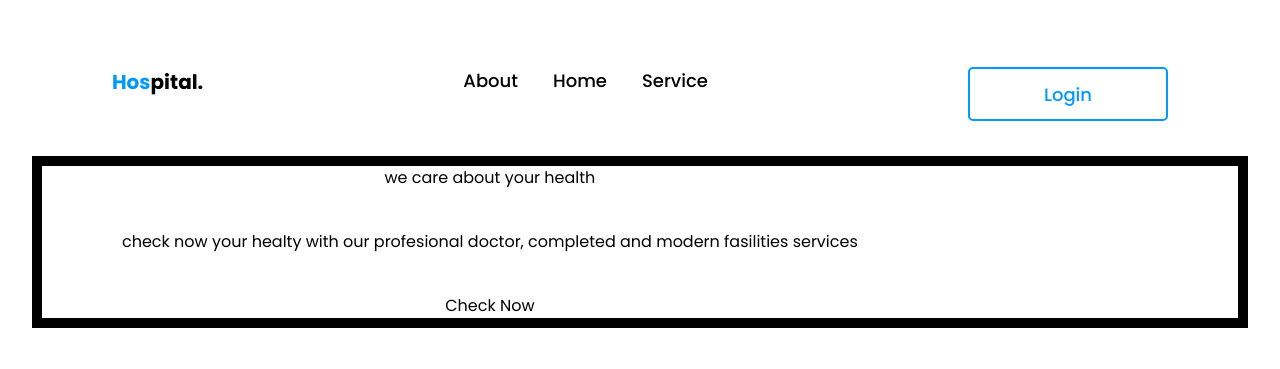
Repository: Chadi2000/hospital-app
Page: /
These files come from the project's save history. The page is drawn as it stood at one moment and after the next save; the edit follows.
The browser window is 1280 px wide. The pictures show the whole page.
Pictures or frames that could not be fetched are drawn as grey boxes. The project was rebuilt for these pictures with package versions that can differ from the ones it lists, and the page was loaded fresh each time. Also part of the build but not shown: vite.config.js.

Above is the page before, as saved 2024-08-03 17:50:53.

### src/App.jsx
import './App.css'
import Header from './components/Header'
import Navbar from './components/Navbar'

function App() {

  return (
    <div className='flex flex-col'>
      <Navbar />
      <Header />
    </div>
  )
}

export default App

### src/index.css
@import url('https://fonts.googleapis.com/css2?family=Poppins:ital,wght@0,100;0,200;0,300;0,400;0,500;0,600;0,700;0,800;0,900;1,100;1,200;1,300;1,400;1,500;1,600;1,700;1,800;1,900&display=swap');

@tailwind base;
@tailwind components;
@tailwind utilities;

body{
  font-family: "Poppins", sans-serif;;
}

### src/components/Header.jsx
import Doctor from '../assets/doctor1.png'

const Header = () => {
  return (
    <div className='flex px-[80px] border-[10px]'>

      <div className='flex flex-col  items-center gap-10 border-1px'>
        <h1 >we care about your health</h1>
        <p>check now your healty with our profesional doctor, completed and modern fasilities services</p>
        <div>Check Now</div>
      </div>

      <div className='relative flex items-center'>
        <div className='absolute'>
            <img src={Doctor} alt="doctor" />
        </div>
      </div>

    </div>
  )
}

export default Header

### src/components/Navbar.jsx

const Navbar = () => {
  return (
    <div className="flex justify-between py-[35px] px-[80px] ">

      <div className="flex text-[20px] font-bold leading-[30px] cursor-pointer">
        <div className="text-btn">Hos</div>
        <div className="text-black">pital.</div>
      </div>

        <ul className="flex gap-[35px] justify-between font-medium text-[18px] leading-[27px]">
            <li className="cursor-pointer">About</li>
            <li className="cursor-pointer">Home</li>
            <li className="cursor-pointer">Service</li>
        </ul>


      <div className="flex justify-center items-center w-[200px] h-[54px] text-btn border-btn border-[2px] cursor-pointer rounded-[5px]
      font-medium  text-[18px] leading-[27px]">
        Login
      </div>

    </div>
  )
}

export default Navbar

### tailwind.config.js
/** @type {import('tailwindcss').Config} */
export default {
  content: [
    "./index.html",
    "./src/**/*.{js,ts,jsx,tsx}",
  ],
  theme: {
    extend: {},
    textColor:{
      btn: '#0099FF',
    },
    backgroundColor:{
      btn: '#0099FF',
    },
    fontFamily:{
      abc:["Poppins","sans-serif"]
    },
    borderColor:{
      btn: '#0099FF',
    }
  },
  plugins: [],
}

Loaded but not shown: index.html (common file); src/main.jsx (common file); src/App.css (common file)

After the next save:
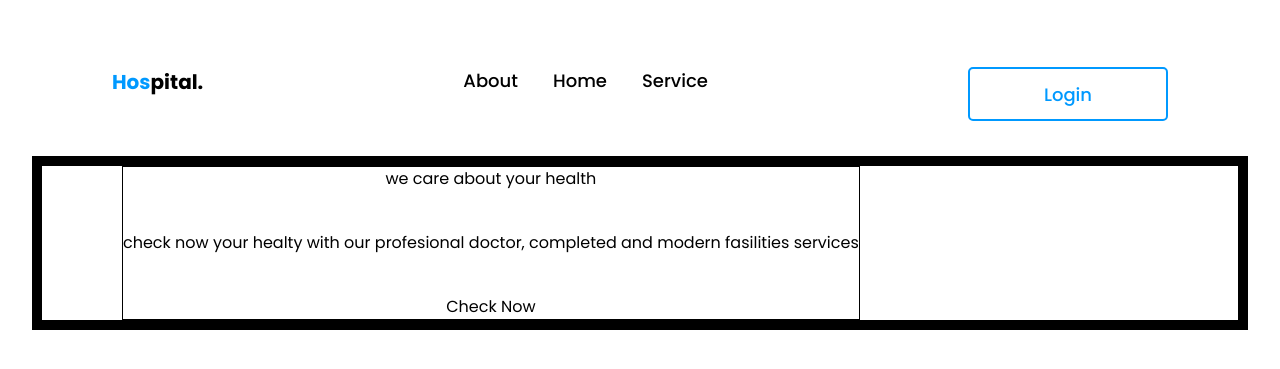
Saved 13 s later.
--- a/src/components/Header.jsx
+++ b/src/components/Header.jsx
@@ -4,7 +4,7 @@ const Header = () => {
   return (
     <div className='flex px-[80px] border-[10px]'>
 
-      <div className='flex flex-col  items-center gap-10 border-1px'>
+      <div className='flex flex-col  items-center gap-10 border-[1px]'>
         <h1 >we care about your health</h1>
         <p>check now your healty with our profesional doctor, completed and modern fasilities services</p>
         <div>Check Now</div>
